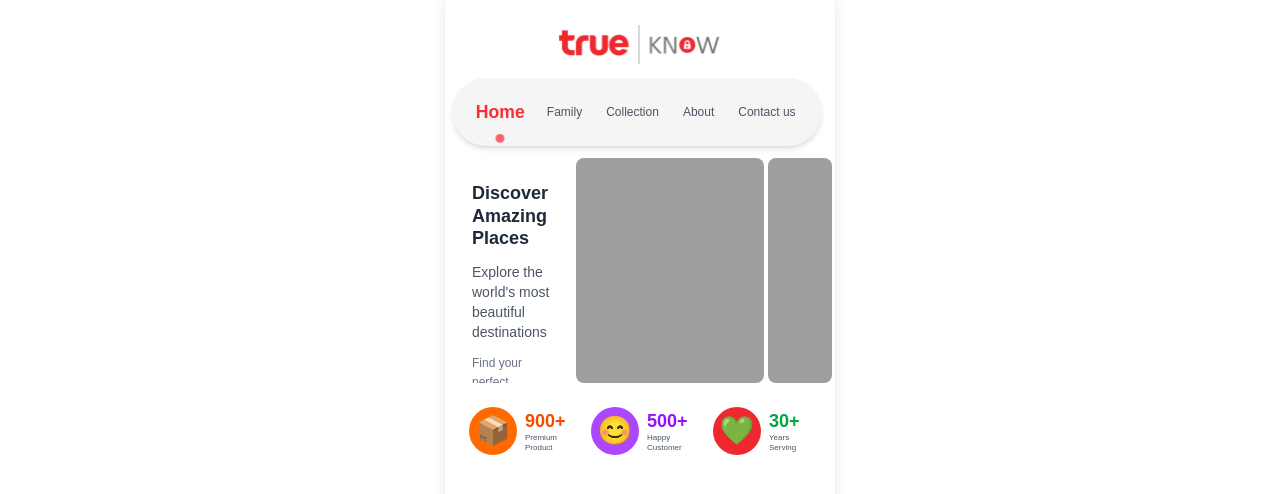
Repository: pasitgut/true-hackathon-frontend
Page: /
The author's editor kept a copy of each file at every save. The page is drawn from the files as they stood at one save, then again after the next save.
The browser window is 1280 px wide. The pictures show the whole page.
Pictures or frames that could not be fetched are drawn as grey boxes. The project was rebuilt for these pictures with package versions that can differ from the ones it lists, and the page was loaded fresh each time. The framework's server and built-in components were replaced by stand-ins that run in the browser. Also part of the build but not shown: next.config.mjs, src/components/CarouselSection.js.

Above is the page before, as saved 2025-08-09 04:13:24.

### src/app/layout.js
import { Geist, Geist_Mono } from "next/font/google";
import "./globals.css";
import Image from "next/image";
import MenuBar from "@/components/MenuBar";
import ImageSlider from "@/components/ImagesSlider";
import AnimatedStatsComponent from "@/components/AnimatedStatsComponent";

const geistSans = Geist({
  variable: "--font-geist-sans",
  subsets: ["latin"],
});

const geistMono = Geist_Mono({
  variable: "--font-geist-mono",
  subsets: ["latin"],
});

export const metadata = {
  title: "Create Next App",
  description: "Generated by create next app",
};


function Logo() {
  return (
    <div className="flex items-center gap-2">
      <Image
        src="/true-icon.svg"
        width={183}
        height={50}
      />

    </div>
  );
}
export default function RootLayout({ children }) {
  return (
    <html lang="en">
      <body
        className={`${geistSans.variable} ${geistMono.variable} antialiased`}
      >
         <div className="outer-wrapper h-screen overflow-y-auto">
      <div className="mobile-wrapper">
       <div className="flex justify-center mt-4">  <Logo/></div>
        <MenuBar/>
        {/* { children } */}
        <ImageSlider/>
        <AnimatedStatsComponent/>
      </div>
    </div>
      </body>
    </html>
  );
}

### src/components/MenuBar.jsx
"use client";
import React, { useState } from 'react';

const MenuBar = () => {
  const [activeItem, setActiveItem] = useState('Home');
  const [hoveredItem, setHoveredItem] = useState('');

  const menuItems = [
    { name: 'Home', type: 'item' },
    { name: 'Family', type: 'item' },
    { name: 'Collection', type: 'item' },
    { name: 'About', type: 'item' },
    { name: 'Contact us', type: 'item' }
  ];

  const handleClick = (item) => {
    setActiveItem(item.name);
  };

  const handleMouseEnter = (item) => {
    setHoveredItem(item.name);
  };

  const handleMouseLeave = () => {
    setHoveredItem('');
  };

  return (
    <nav className="flex justify-center items-center px-3 py-3 bg-white min-h-[75px] max-w-sm overflow-x-hidden">
  <div className="flex flex-nowrap items-center justify-center bg-[#F5F5F5] border-2 border-[#F5F5F5] rounded-[100px] px-3 py-3 shadow-md hover:shadow-lg transition-all duration-300 gap-0 max-w-[400px]">
        {menuItems.map((item, index) => (
          <div
            key={index}
            className={`
              relative cursor-pointer transition-all duration-300 ease-in-out px-2 md:px-3 py-2 md:py-2 rounded-xl select-none text-center whitespace-nowrap
              ${activeItem === item.name
                ? 'text-red-500 text-base md:text-base font-bold transform scale-105 md:scale-110'
                : hoveredItem === item.name
                ? 'text-gray-700 text-sm md:text-sm font-semibold transform scale-105 bg-gray-50'
                : 'text-gray-600 text-xs md:text-xs font-medium hover:text-gray-800'
              }
            `}
            onClick={() => handleClick(item)}
            onMouseEnter={() => handleMouseEnter(item)}
            onMouseLeave={handleMouseLeave}
          >
            {item.name}

            {/* Active indicator */}
            {activeItem === item.name && (
              <div className="absolute -bottom-1 md:-bottom-2 left-1/2 transform -translate-x-1/2 w-2 h-2 bg-red-500 rounded-full animate-pulse"></div>
            )}

            {/* Hover effect */}
            {hoveredItem === item.name && activeItem !== item.name && (
              <div className="absolute -bottom-1 left-1/2 transform -translate-x-1/2 w-8 h-0.5 bg-gray-400 rounded transition-all duration-300"></div>
            )}
          </div>
        ))}
      </div>
    </nav>
  );

};

export default MenuBar;

### src/components/ImagesSlider.jsx
"use client";
import React, { useState } from 'react';
import { ChevronRightIcon, MagnifyingGlassIcon } from '@heroicons/react/24/outline';

const ImageSlider = () => {
  const [currentIndex, setCurrentIndex] = useState(0);
  const [isAnimating, setIsAnimating] = useState(false);

  // ข้อมูล slides
  const slides = [
    {
      id: 1,
      title: "Discover Amazing Places",
      subtitle: "Explore the world's most beautiful destinations",
      description: "Find your perfect getaway with our curated collection of stunning locations.",
      mainImage: "https://images.unsplash.com/photo-1506905925346-21bda4d32df4?w=800&h=600&fit=crop",
      previewImage: "https://images.unsplash.com/photo-1506905925346-21bda4d32df4?w=300&h=400&fit=crop"
    },
    {
      id: 2,
      title: "Urban Adventures",
      subtitle: "Experience vibrant city life",
      description: "Immerse yourself in the energy and culture of metropolitan destinations.",
      mainImage: "https://images.unsplash.com/photo-1449824913935-59a10b8d2000?w=800&h=600&fit=crop",
      previewImage: "https://images.unsplash.com/photo-1449824913935-59a10b8d2000?w=300&h=400&fit=crop"
    },
    {
      id: 3,
      title: "Natural Wonders",
      subtitle: "Connect with nature's beauty",
      description: "Discover breathtaking landscapes and peaceful natural environments.",
      mainImage: "https://images.unsplash.com/photo-1441974231531-c6227db76b6e?w=800&h=600&fit=crop",
      previewImage: "https://images.unsplash.com/photo-1441974231531-c6227db76b6e?w=300&h=400&fit=crop"
    }
  ];

  const handleNext = () => {
    if (isAnimating) return;

    setIsAnimating(true);
    setTimeout(() => {
      setCurrentIndex((prev) => (prev + 1) % slides.length);
      setIsAnimating(false);
    }, 250);
  };

  const handlePreviewClick = () => {
    handleNext();
  };

  const currentSlide = slides[currentIndex];
  const nextIndex = (currentIndex + 1) % slides.length;
  const nextSlide = slides[nextIndex];

  return (
    <div className="w-full max-w-sm mx-auto bg-white overflow-hidden">
      <div className="relative w-full h-[225px] flex">

        {/* ส่วนที่ 1: Content Section (ซ้าย) */}
        <div className="relative z-30 w-1/3 bg-white from-slate-50 to-slate-100 p-6 flex flex-col justify-between">
          <div className="space-y-3">
            <h1 className="text-lg font-bold text-gray-800 leading-tight">
              {currentSlide.title}
            </h1>
            <h2 className="text-sm font-medium text-gray-600">
              {currentSlide.subtitle}
            </h2>
            <p className="text-xs text-gray-500 leading-relaxed">
              {currentSlide.description}
            </p>
          </div>
            </div>

        {/* ส่วนที่ 2: Main Image Section (กลาง) */}
        <div className="relative w-[49%] h-[225px] overflow-hidden">
          <div
            className={`absolute inset-0 transition-all duration-500 ease-in-out ${
              isAnimating ? '-translate-x-full opacity-0' : 'translate-x-0 opacity-100'
            }`}
            style={{ aspectRatio: '4/3' }}
          >
            <img
              src={currentSlide.mainImage}
              alt={currentSlide.title}
              className="w-full h-[225px] object-cover rounded-lg"
            />
          </div>

          {/* Next Image (สำหรับ animation) */}
          <div
            className={`absolute inset-0 transition-all duration-500 ease-in-out ${
              isAnimating ? 'translate-x-0 opacity-100' : 'translate-x-full opacity-0'
            }`}
            style={{ aspectRatio: '4/3' }}
          >
            <img
              src={nextSlide.mainImage}
              alt={nextSlide.title}
              className="w-full h-[225px] object-cover rounded-lg"
            />
          </div>
        </div>

        {/* ส่วนที่ 3: Preview Section (ขวา) */}
        <div className="absolute right-0 top-0 w-16 h-full z-20">
          <button
            onClick={handlePreviewClick}
            disabled={isAnimating}
            className="w-full h-[225px] relative overflow-hidden group disabled:cursor-not-allowed"
          >
            <div
              className={`absolute inset-0 transition-all duration-500 ease-in-out ${
                isAnimating ? '-translate-x-full opacity-0' : 'translate-x-0 opacity-100'
              }`}
            >
              <img
                src={nextSlide.previewImage}
                alt="Next"
                className="w-full h-[225px] object-cover rounded-lg object-left transition-transform duration-300 group-hover:scale-100"
              />
            </div>

            {/* Next preview image (สำหรับ animation) */}
            <div
              className={`absolute inset-0 transition-all duration-500 ease-in-out ${
                isAnimating ? 'translate-x-0 opacity-100' : 'translate-x-full opacity-0'
              }`}
            >
              <img
                src={slides[(nextIndex + 1) % slides.length].previewImage}
                alt="Next"
                className="w-full h-[225px] object-cover rounded-lg object-left transition-transform duration-300 group-hover:scale-100"
              />
            </div>
          </button>
        </div>
      </div>
    </div>
  );
};

export default ImageSlider;

### src/components/AnimatedStatsComponent.jsx
"use client";
import { useState, useEffect } from 'react';

const AnimatedStatsComponent = () => {
  const [counts, setCounts] = useState({
    products: 0,
    customers: 0,
    years: 0
  });

  const targetValues = {
    products: 900,
    customers: 500,
    years: 30
  };

  const formatNumber = (num) => {
    if (num >= 1000) {
      return (num / 1000).toFixed(0) + 'k+';
    }
    return num + '+';
  };

  useEffect(() => {
    const duration = 1500; // 2 seconds
    const steps = 60;
    const interval = duration / steps;

    const timer = setInterval(() => {
      setCounts(prev => ({
        products: Math.min(prev.products + (targetValues.products / steps), targetValues.products),
        customers: Math.min(prev.customers + (targetValues.customers / steps), targetValues.customers),
        years: Math.min(prev.years + (targetValues.years / steps), targetValues.years)
      }));
    }, interval);

    const cleanup = setTimeout(() => {
      clearInterval(timer);
      setCounts({
        products: targetValues.products,
        customers: targetValues.customers,
        years: targetValues.years
      });
    }, duration);

    return () => {
      clearInterval(timer);
      clearTimeout(cleanup);
    };
  }, []);

  const StatItem = ({ icon, count, label, color, bgColor }) => (
    <div className="flex items-center bg-white rounded p-2 flex-1">
      <div className={`w-12 h-12 rounded-full ${bgColor} flex items-center justify-center mr-2`}>
        <div className="text-white text-[28px]">
          {icon}
        </div>
      </div>
      <div className="flex-1">
        <div className={`text-lg font-bold ${color} tabular-nums leading-tight`}>
          {count}
        </div>
        <div className="text-gray-600 text-[8px] font-medium leading-tight">
          {label}
        </div>
      </div>
    </div>
  );

  return (
    <div className="w-full mx-auto p-4" style={{ fontSize: '14px' }}>
      <div className="flex space-x-2">
        <StatItem
          icon="📦"
          count={formatNumber(Math.floor(counts.products))}
          label="Premium Product"
          color="text-orange-600"
          bgColor="bg-orange-500"
        />
        <StatItem
          icon="😊"
          count={formatNumber(Math.floor(counts.customers))}
          label="Happy Customer"
          color="text-purple-600"
          bgColor="bg-purple-500"
        />
        <StatItem
          icon="💚"
          count={Math.floor(counts.years) + '+'}
          label="Years Serving"
          color="text-green-600"
          bgColor="bg-[#ED282E]"
        />
      </div>
    </div>
  );
};

export default AnimatedStatsComponent;

Loaded but not shown: src/app/page.js (common file); src/app/globals.css (common file)

After the next save:
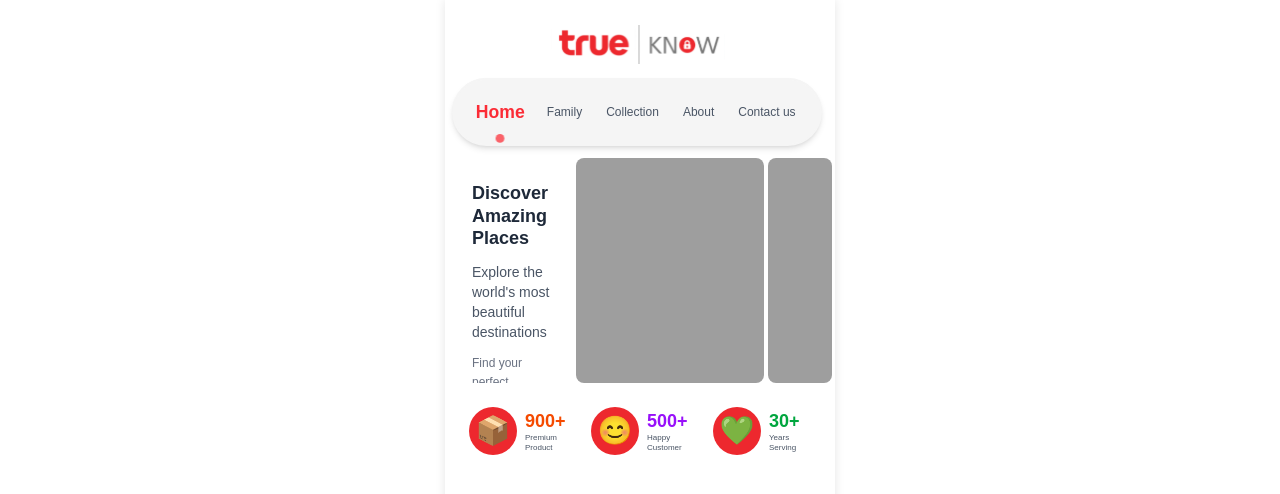
Saved 17 s later.
--- a/src/components/AnimatedStatsComponent.jsx
+++ b/src/components/AnimatedStatsComponent.jsx
@@ -75,14 +75,14 @@
           count={formatNumber(Math.floor(counts.products))}
           label="Premium Product"
           color="text-orange-600"
-          bgColor="bg-orange-500"
+          bgColor="bg-[#ED282E]"
         />
         <StatItem
           icon="😊"
           count={formatNumber(Math.floor(counts.customers))}
           label="Happy Customer"
           color="text-purple-600"
-          bgColor="bg-purple-500"
+          bgColor="bg-[#ED282E]"
         />
         <StatItem
           icon="💚"
